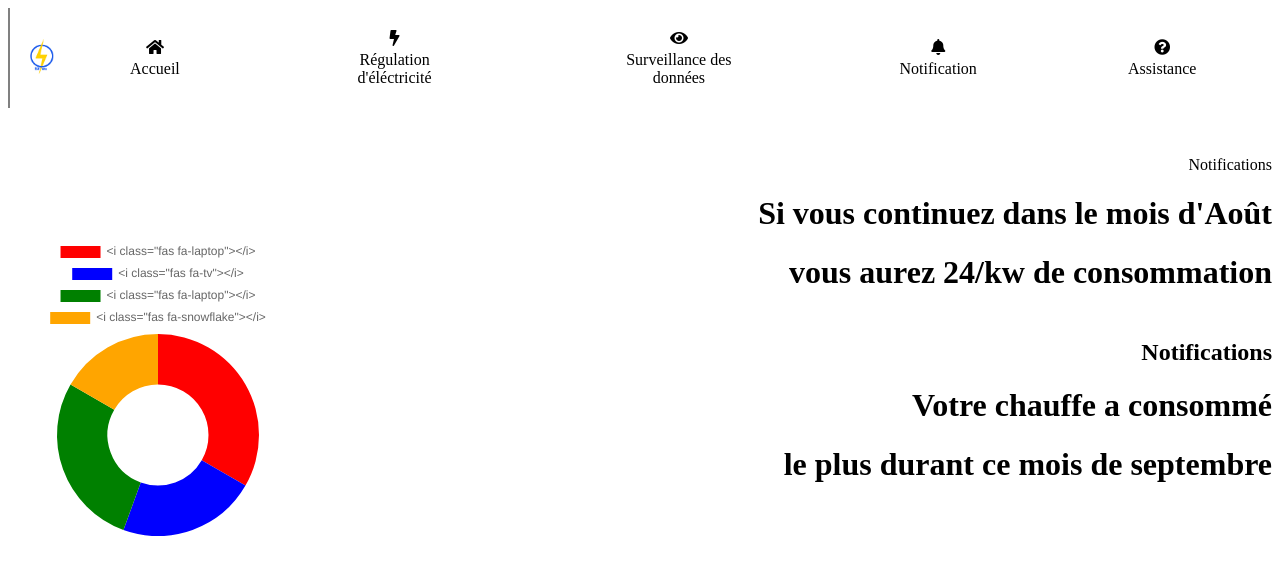
Repository: hamdia200/OSC-Ecowiz
Page: http://localhost/accueil
The author's editor kept a copy of each file at every save. The page is drawn from the files as they stood at one save, then again after a run of saves.
The browser window is 1280 px wide. The pictures show the whole page.
The page is served by the project's Laravel application, run on PHP 8.4 with Laravel 10. Other server files are loaded and not shown.

Above is the page before, as saved 2023-08-18 13:32:41.

### routes/web.php
<?php

use Illuminate\Support\Facades\Route;

/*
|--------------------------------------------------------------------------
| Web Routes
|--------------------------------------------------------------------------
|
| Here is where you can register web routes for your application. These
| routes are loaded by the RouteServiceProvider and all of them will
| be assigned to the "web" middleware group. Make something great!
|
*/

Route::get('/', function () {
    return view('welcome');
});

Route::get('/centrale', function () {
    return view('centrale');
});
Route::get('/accueil', function () {
    return view('accueil');
});
Route::get('/inscription', function () {
    return view('inscription');
});
Route::get('/login', function () {
    return view('login');
});
Route::get('/regulation', function () {
    return view('regulation');
});

### resources/views/accueil.blade.php
@extends ("menu")
@section('content')
<div class="container">
<meta charset="UTF-8">
    <meta name="viewport" content="width=device-width, initial-scale=1.0">
    <link rel="stylesheet" href="https://cdnjs.cloudflare.com/ajax/libs/font-awesome/5.15.3/css/all.min.css">
    <script src="https://cdn.jsdelivr.net/npm/chart.js"></script>
    <title>Accueil</title>
    <style>
        .notifications1{
            margin-top: 3rem;
            text-align: right;
        }

        .content{
            margin-top: 5rem;
            height: auto;
            float: left;
        }
        .notifications2{
            text-align: right;
            margin-top: 3rem;
        }

        .row{
            margin-inline: auto;

        }

        .alert{
            text-align:right;
        }

    </style>
    <body>
        <div class="row">
                <div class="col-md-6">
                    <div class="row">
                        <div class="col-xl-3">
                            <div class="content">
                                <canvas id="myCustomChart"></canvas>
                            </div>

                        </div>

                    </div>

                </div>

                <div class="row">
                    <div class="col-xl-3">
                        <div class="notifications1">
                            <div class="alert">Notifications</div>
                            <ul id="notificationList">
                                <h1> Si vous continuez dans le mois d'Août </h1> <h1> vous aurez 24/kw de consommation </h1>
                            </ul>
                        </div>

                        <div class="notifications2">
                            <h2>Notifications</h2>
                            <ul id="notificationList">
                                <h1> Votre chauffe a consommé </h1> <h1> le plus durant ce mois de septembre </h1>
                            </ul>
                        </div>
                    </div>
                </div>


                <script>
                    var ctx = document.getElementById('myCustomChart').getContext('2d');
                    var data = {
                        labels: ['<i class="fas fa-laptop"></i>', '<i class="fas fa-tv"></i>', '<i class="fas fa-laptop"></i>', '<i class="fas fa-snowflake"></i>'],
                        datasets: [{
                            data: [30, 20, 25, 15],
                            backgroundColor: [
                                'red',
                                'blue',
                                'green',
                                'orange'
                            ],
                                // hoverBackgroundColor: [
                                // 'url(chemin_vers_image_appareil_1)',
                                // 'url(chemin_vers_image_appareil_2)',
                                // 'url(chemin_vers_image_appareil_3)',
                                // 'url(chemin_vers_image_appareil_4)'
                                // ],
                                borderWidth: 0,
                                hoverBorderWidth: 0
                        }],
                    };

                    var options = {
                        responsive: true,
                        maintainAspectRatio: false,

                    };

                    var myChart = new Chart(ctx, {
                        type: 'doughnut',
                        data: data,
                        options: options,
                    });
                </script>
        </div>
    </body>

    </html>
</div>
@endsection

### resources/views/menu.blade.php
<!DOCTYPE html>
<html>
    <head>
        <meta charset="UTF-8">
        <meta name="viewport" content="width=device-width, initial-scale=1.0">
        <link rel="stylesheet" href="{{asset('bootstrap-5/css/bootstrap.min.css')}}">
        <link rel="stylesheet" href="{{asset('icofont/icofont.min.css')}}">
        <link rel="stylesheet" href="https://cdnjs.cloudflare.com/ajax/libs/font-awesome/5.15.3/css/all.min.css">

        <title>menu</title>
        <style>
        .menu-horizontal {
            list-style-type: none;
            display: flex;
            align-items: center; /* Aligne les éléments au centre horizontalement */
            padding: 0;
            margin: 0;
            border-left: 2px solid gray;
            border-top: none;
            background-color: white;
            height:100px;
        }

        .menu-horizontal li{
            margin: 0 2cm;
            padding: 0;
        }

        .menu-item {
            display: flex;
            flex-direction: column;
            align-items: center;
            justify-content: center;
            border-left: 2p;
        }

        .menu-icon {
            width: 50px;
            height: 50px;
        }

        .menu-text {
            font-size: 16px;
            margin-top: 5px;
            text-align: center;
        }
        .logo {
            padding-left: 20px;
            height: 35px;
        }
        </style>
    </head>

    <body>
        <header>
                <ul class="menu-horizontal fixed-top">
                    <div class="header">
                        <img src="{{asset('/image/ecow.png')}}" alt="" class="logo">
                    </div>
                    <li>
                        <span class="menu-item">
                            <!-- <img src="{{asset('image/elect.png') }}" alt="Icone 1" class="menu-icon"> -->
                            <i class="fas fa-home"></i><span class="menu-text">Accueil</span>
                        </span>
                    </li>
                    <li>
                        <span class="menu-item">
                            <!-- <img src="{{asset('image/donnee.png') }}" alt="Icone 1" class="menu-icon"> -->
                            <i class="fas fa-bolt"></i><span class="menu-text">Régulation d'éléctricité </span>
                        </span>
                    </li>

                    <li>
                        <span class="menu-item">
                            <!-- <img src="{{asset('image/donnee.png') }}" alt="Icone 1" class="menu-icon"> -->
                            <i class="fas fa-eye"></i><span class="menu-text">Surveillance des données </span>
                        </span>
                    </li>
                    <li>
                        <span class="menu-item">
                            <!-- <img src="{{asset('image/sup.png') }}" alt="Icone 1" class="menu-icon"> -->
                            <i class="fas fa-bell"></i><span class="menu-text">Notification</span>
                        </span>
                    </li>
                    <li>
                        <span class="menu-item">
                            <!-- <img src="{{asset('image/assist.png') }}" alt="Icone 1" class="menu-icon"> -->
                            <i class="fas fa-question-circle"></i><span class="menu-text">Assistance</span>
                        </span>
                    </li>
                </ul>

        </header>
        <div class="container">
                @yield('content')
        </div>

    </body>


</html>

After the next 2 saves:
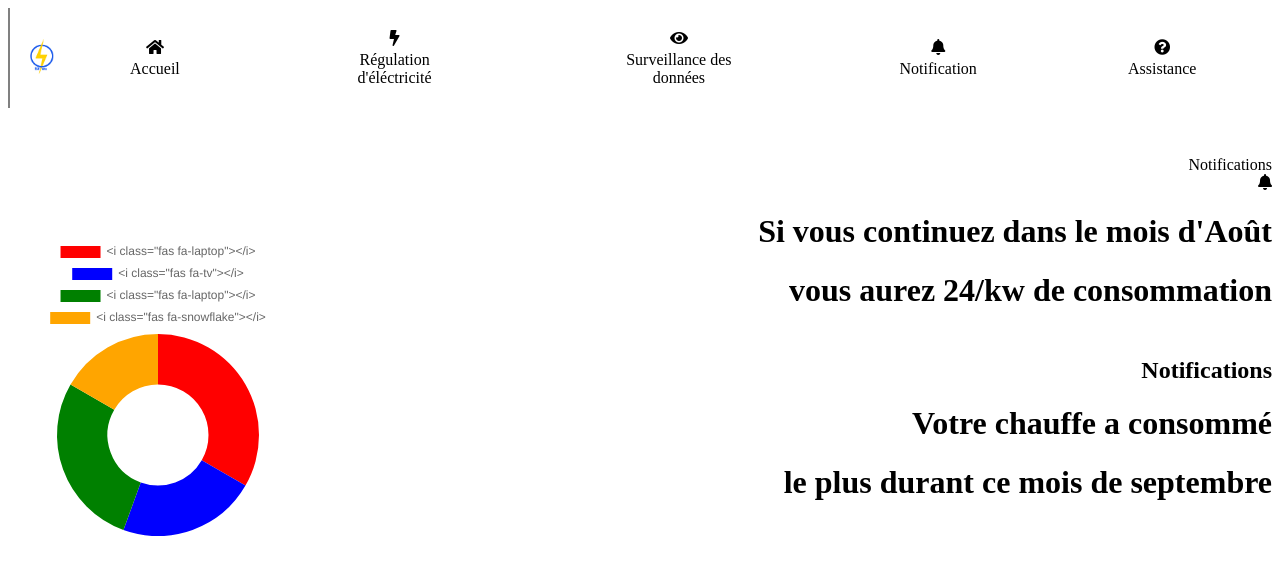
The 2 saves are shown as one change because they came seconds apart.
The last was saved 27 s later.
--- a/resources/views/accueil.blade.php
+++ b/resources/views/accueil.blade.php
@@ -51,6 +51,7 @@
                     <div class="col-xl-3">
                         <div class="notifications1">
                             <div class="alert">Notifications</div>
+                            <i class="fas fa-bell"></i>
                             <ul id="notificationList">
                                 <h1> Si vous continuez dans le mois d'Août </h1> <h1> vous aurez 24/kw de consommation </h1>
                             </ul>
